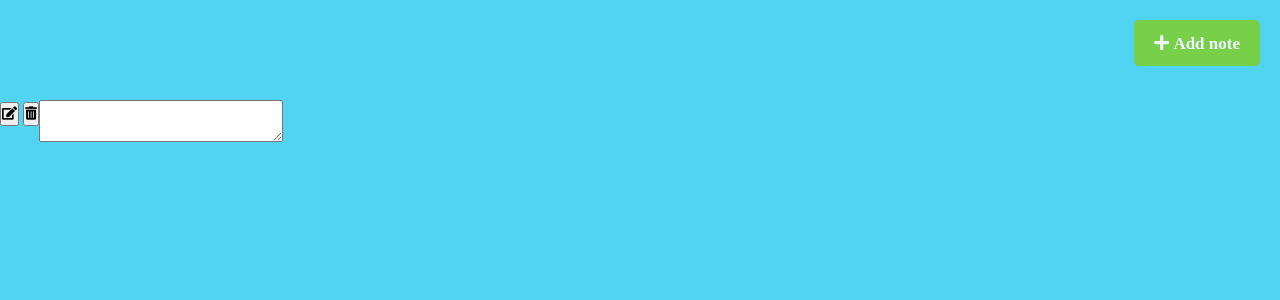
Repository: northpx/noteslist
Page: index.html
These files come from the project's save history. The page is drawn as it stood at one moment and after a run of saves; the edit follows.
The browser window is 1280 px wide. The pictures show the whole page.
Some web libraries are served in a nearby version.

Above is the page before, as saved 2023-01-08 09:40:28.

After the next 3 saves:
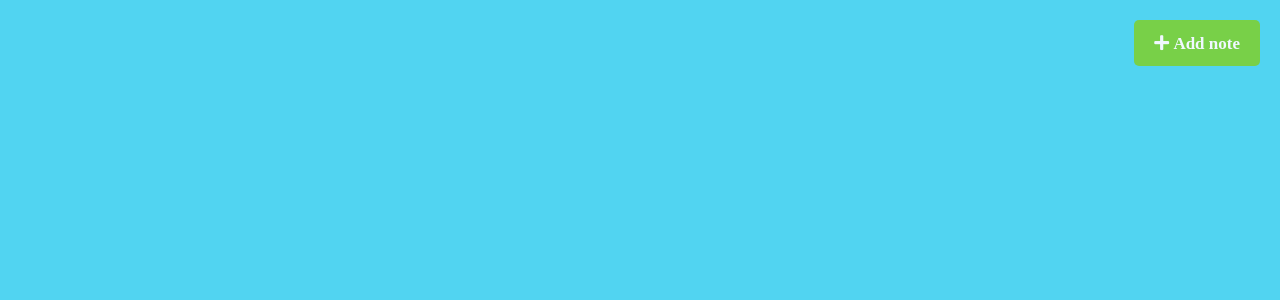
The 3 saves are shown as one change because they came seconds apart.
The last was saved 67 s later.
--- a/index.html
+++ b/index.html
@@ -14,12 +14,14 @@
     <button class="add" onclick="addNewNote()">
         <i class="fas fa-plus"> Add note</i>
     </button>
-    <div class="tools">
-        <button class="edit"><i class="fas fa-edit"></i></button>
-        <button class="delete"><i class="fas fa-trash-alt"></i></button>
+    <div class="note">
+        <div class="tools">
+            <button class="edit"><i class="fas fa-edit"></i></button>
+            <button class="delete"><i class="fas fa-trash-alt"></i></button>
+        </div>
+        <div class="main ${text ? "" : "hidden"}"></div>
+        <textarea class="${text ? "hidden" : ""}"></textarea>
     </div>
-    <div class="main ${text ? "" : "hidden"}"></div>
-    <textarea class="${text ? "hidden" : ""}"></textarea>
     <script src="script.js"></script>
 </body>
 </html>
